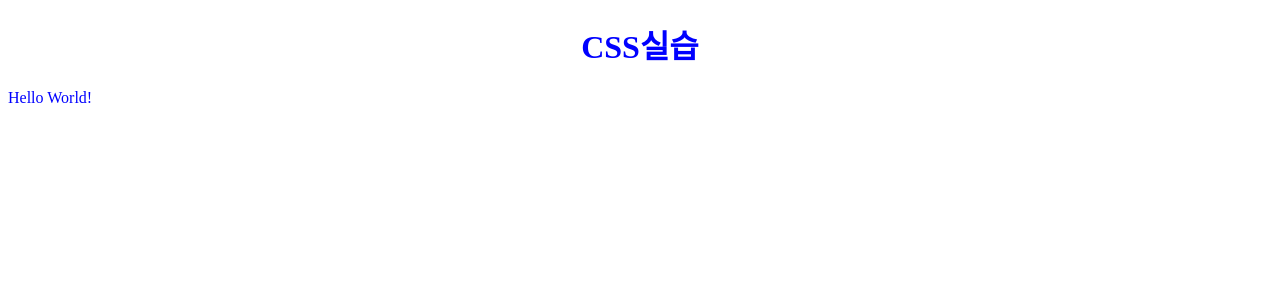
Repository: ashojm/WebWork
Page: Web/first.html
These files come from the project's save history. The page is drawn as it stood at one moment and after the next save; the edit follows.
The browser window is 1280 px wide. The pictures show the whole page.

Above is the page before, as saved 2015-11-12 16:01:16.

After the next save:
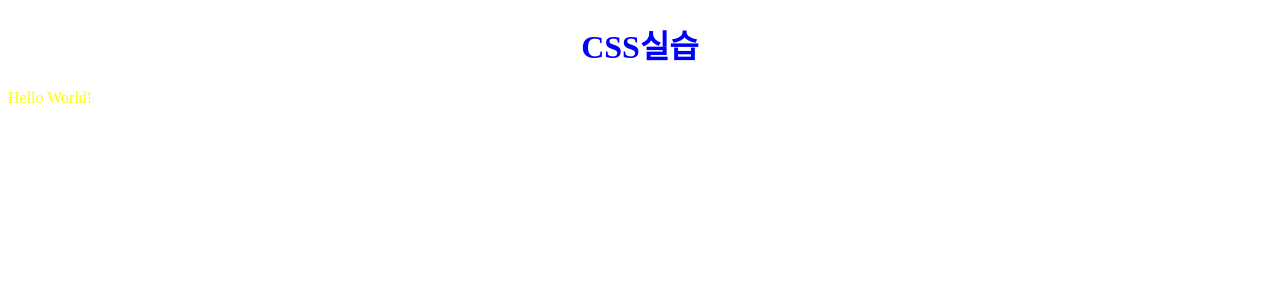
Saved 13 s later.
--- a/Web/css/base.css
+++ b/Web/css/base.css
@@ -1 +1 @@
-p {color:blue}
+p {color:yellow}
